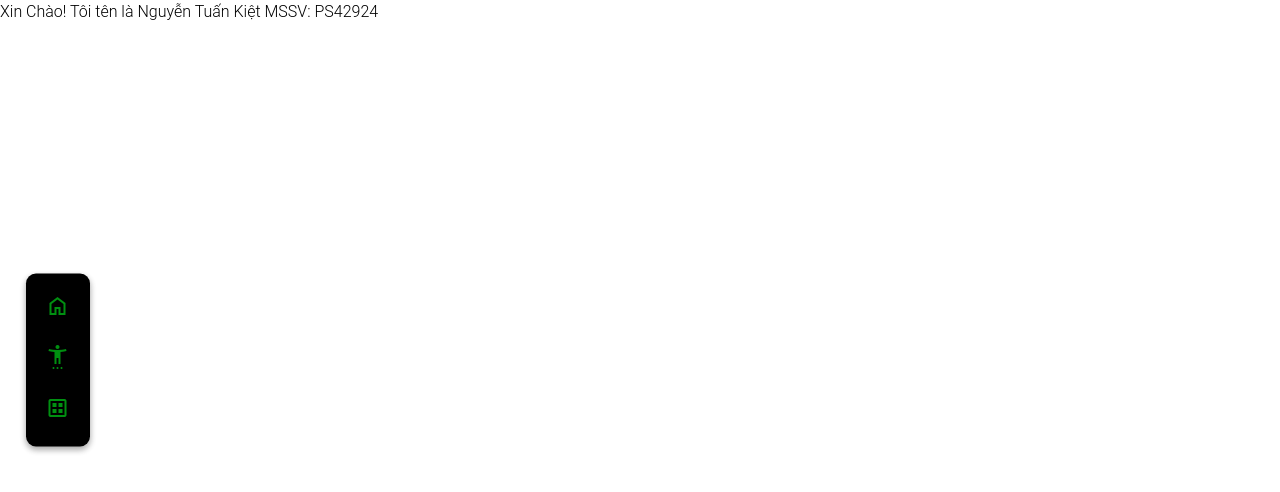
Repository: tuankiet10920/homeworkFEF
Page: /
The author's editor kept a copy of each file at every save. The page is drawn from the files as they stood at one save, then again after the next save.
The browser window is 1280 px wide. The pictures show the whole page.
The project was rebuilt for these pictures with package versions that can differ from the ones it lists, and the page was loaded fresh each time. Also part of the build but not shown: vite.config.js, src/components/HelloWorld.vue, src/Labs/Lab1/Bai2.vue.

Above is the page before, as saved 2024-10-22 21:28:40.

After the next save:
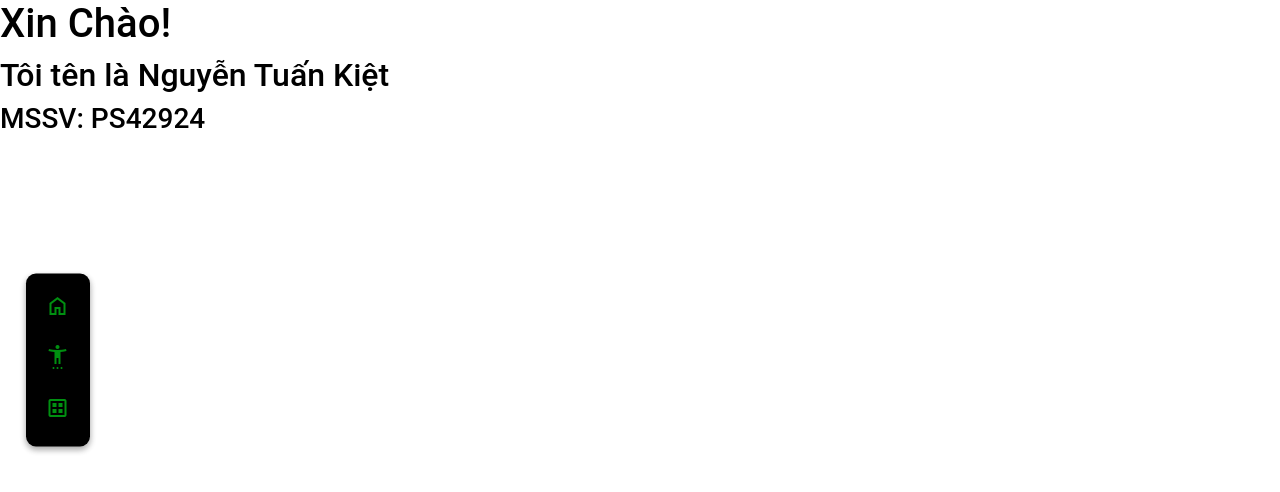
Saved 34 s later.
--- a/src/views/HomeView.vue
+++ b/src/views/HomeView.vue
@@ -3,5 +3,9 @@ import Bai2 from '../Labs/Lab1/Bai2.vue'
 </script>
 
 <template>
-  <main>Xin Chào! Tôi tên là Nguyễn Tuấn Kiệt MSSV: PS42924</main>
+  <main>
+    <h1>Xin Chào!</h1>
+    <h2>Tôi tên là Nguyễn Tuấn Kiệt</h2>
+    <h3>MSSV: PS42924</h3>
+  </main>
 </template>
